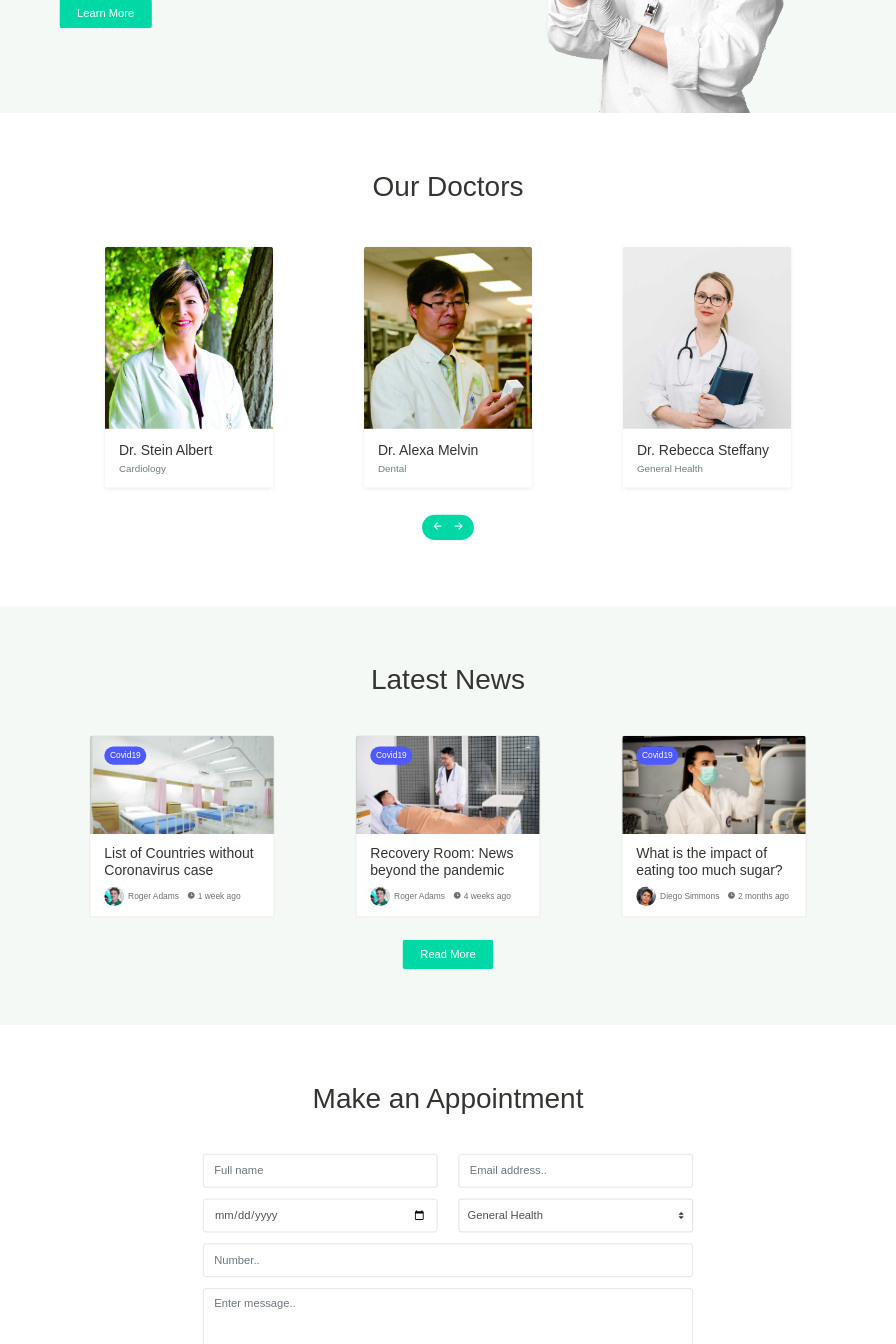
Repository: profbkmurage/myWeb
Page: html/index.html
The author's editor kept a copy of each file at every save. The page is drawn from the files as they stood at one save, then again after the next save.
The browser window is 1280 px wide. The pictures show the part of the page from y = 1168 to 3088 px (the page is 4153 px tall before and 3555 px after), at 70% of full size.

Above is the page before, as saved 2023-12-10 16:01:38.

### html/index.html
<!DOCTYPE html>
<html lang="en">
<head>
  <meta charset="UTF-8">
  <meta name="viewport" content="width=device-width, initial-scale=1.0">

  <meta http-equiv="X-UA-Compatible" content="ie=edge">

  <title>M&M Website</title>

  <link rel="stylesheet" href="../assets/css/maicons.css">

  <link rel="stylesheet" href="../assets/css/bootstrap.css">

  <link rel="stylesheet" href="../assets/vendor/owl-carousel/css/owl.carousel.css">

  <link rel="stylesheet" href="../assets/vendor/animate/animate.css">

  <link rel="stylesheet" href="../assets/css/theme.css">
</head>
<body>

  <!-- Back to top button -->
  <div class="back-to-top"></div>

  <header>
    <div class="topbar">
      <div class="container">
        <div class="row">
          <div class="col-sm-8 text-sm">
            <div class="site-info">
              <a href="tel:0745755893" ><span class="mai-call text-primary"></span> +254745755893</a>
              <span class="divider">|</span>
              <a href="#"><span class="mai-mail text-primary"></span> pnjoroge@gmail.com</a>
            </div>
          </div>
          <div class="col-sm-4 text-right text-sm">
            <div class="social-mini-button">
              <a href="#"><span class="mai-logo-facebook-f"></span></a>
              <a href="#"><span class="mai-logo-twitter"></span></a>
              <a href="#"><span class="mai-logo-dribbble"></span></a>
              <a href="#"><span class="mai-logo-instagram"></span></a>
            </div>
          </div>
        </div> <!-- .row -->
      </div> <!-- .container -->
    </div> <!-- .topbar -->

    <nav class="navbar navbar-expand-lg navbar-light shadow-sm">
      <div class="container">
        <a class="navbar-brand" href="#"><span class="text-primary">P And</span> Associates Media</a>

        <!-- <form action="#">
          <div class="input-group input-navbar">
            <div class="input-group-prepend">
              <span class="input-group-text" id="icon-addon1"><span class="mai-search"></span></span>
            </div>
            <input type="text" class="form-control" placeholder="Enter keyword.." aria-label="Username" aria-describedby="icon-addon1">
          </div>
        </form> -->

        <button class="navbar-toggler" type="button" data-toggle="collapse" data-target="#navbarSupport" aria-controls="navbarSupport" aria-expanded="false" aria-label="Toggle navigation">
          <span class="navbar-toggler-icon"></span>
        </button>

        <div class="collapse navbar-collapse" id="navbarSupport">
          <ul class="navbar-nav ml-auto">
            <li class="nav-item active">
              <a class="nav-link" href="index.html">Home</a>
            </li>
            <li class="nav-item">
              <a class="nav-link" href="about.html">About Us</a>
            </li>
            <li class="nav-item">
              <a class="nav-link" href="work.html">Our work</a>
            </li>
            <li class="nav-item">
              <a class="nav-link" href="blog.html">News</a>
            </li>
            <li class="nav-item">
              <a class="nav-link" href="contact.html">Contact</a>
            </li>
            <!-- <li class="nav-item">
              <a class="btn btn-primary ml-lg-3" href="#">Login / Register</a>
            </li> -->
          </ul>
        </div> <!-- .navbar-collapse -->
      </div> <!-- .container -->
    </nav>
  </header>

  <div class="page-hero bg-image overlay-dark" style="background-image: url(../assets/img/bg_image_1.jpg);">
    <div class="hero-section">
      <div class="container text-center wow zoomIn">
        <span class="subhead">Let's make your life colorful and simpler</span>
        <h1 class="display-4">Get your color</h1>
        <a href="./work.html" class="btn btn-primary">See our work</a>
      </div>
    </div>
  </div>


  <div class="bg-light">
    <div class="page-section py-3 mt-md-n5 custom-index">
      <div class="container">
        <div class="row justify-content-center">
          <div class="col-md-4 py-3 py-md-0">
            <div class="card-service wow fadeInUp">
              <div class="circle-shape bg-secondary text-white">
                <span class="mai-chatbubbles-outline"></span>
              </div>
              <p><span>Chat</span> with a designers</p>
            </div>
          </div>
          <div class="col-md-4 py-3 py-md-0">
            <div class="card-service wow fadeInUp">
              <div class="circle-shape bg-primary text-white">
                <span class="mai-shield-checkmark"></span>
              </div>
              <p><span>Make</span>-your orders now</p>
            </div>
          </div>
          <div class="col-md-4 py-3 py-md-0">
            <div class="card-service wow fadeInUp">
              <div class="circle-shape bg-accent text-white">
                <span class="mai-basket"></span>
              </div>
              <p><span>you ask</span>-we deliver</p>
            </div>
          </div>
        </div>
      </div>
    </div> <!-- .page-section -->

    <div class="page-section pb-0">
      <div class="container">
        <div class="row align-items-center">
          <div class="col-lg-6 py-3 wow fadeInUp">
            <h1>Welcome to Your graphics <br> Center</h1>
            <p class="text-grey mb-4">Here we are commited to bridge your graphics deficts for you as an individual, small companies, organizations and even big companies and business groups. you make your order and request we have a competent and great team of engineers to do the heavy lifting for you</p>
            <a href="about.html" class="btn btn-primary">Learn More</a>
          </div>
          <div class="col-lg-6 wow fadeInRight" data-wow-delay="400ms">
            <div class="img-place custom-img-1">
              <img src="../assets/img/bg-doctor.png" alt="">
            </div>
          </div>
        </div>
      </div>
    </div> <!-- .bg-light -->
  </div> <!-- .bg-light -->

  <div class="page-section">
    <div class="container">
      <h1 class="text-center mb-5 wow fadeInUp">Our Doctors</h1>

      <div class="owl-carousel wow fadeInUp" id="doctorSlideshow">
        <div class="item">
          <div class="card-doctor">
            <div class="header">
              <img src="../assets/img/doctors/doctor_1.jpg" alt="">
              <div class="meta">
                <a href="#"><span class="mai-call"></span></a>
                <a href="#"><span class="mai-logo-whatsapp"></span></a>
              </div>
            </div>
            <div class="body">
              <p class="text-xl mb-0">Dr. Stein Albert</p>
              <span class="text-sm text-grey">Cardiology</span>
            </div>
          </div>
        </div>
        <div class="item">
          <div class="card-doctor">
            <div class="header">
              <img src="../assets/img/doctors/doctor_2.jpg" alt="">
              <div class="meta">
                <a href="#"><span class="mai-call"></span></a>
                <a href="#"><span class="mai-logo-whatsapp"></span></a>
              </div>
            </div>
            <div class="body">
              <p class="text-xl mb-0">Dr. Alexa Melvin</p>
              <span class="text-sm text-grey">Dental</span>
            </div>
          </div>
        </div>
        <div class="item">
          <div class="card-doctor">
            <div class="header">
              <img src="../assets/img/doctors/doctor_3.jpg" alt="">
              <div class="meta">
                <a href="#"><span class="mai-call"></span></a>
                <a href="#"><span class="mai-logo-whatsapp"></span></a>
              </div>
            </div>
            <div class="body">
              <p class="text-xl mb-0">Dr. Rebecca Steffany</p>
              <span class="text-sm text-grey">General Health</span>
            </div>
          </div>
        </div>
        <div class="item">
          <div class="card-doctor">
            <div class="header">
              <img src="../assets/img/doctors/doctor_3.jpg" alt="">
              <div class="meta">
                <a href="#"><span class="mai-call"></span></a>
                <a href="#"><span class="mai-logo-whatsapp"></span></a>
              </div>
            </div>
            <div class="body">
              <p class="text-xl mb-0">Dr. Rebecca Steffany</p>
              <span class="text-sm text-grey">General Health</span>
            </div>
          </div>
        </div>
        <div class="item">
          <div class="card-doctor">
            <div class="header">
              <img src="../assets/img/doctors/doctor_3.jpg" alt="">
              <div class="meta">
                <a href="#"><span class="mai-call"></span></a>
                <a href="#"><span class="mai-logo-whatsapp"></span></a>
              </div>
            </div>
            <div class="body">
              <p class="text-xl mb-0">Dr. Rebecca Steffany</p>
              <span class="text-sm text-grey">General Health</span>
            </div>
          </div>
        </div>
      </div>
    </div>
  </div>

  <div class="page-section bg-light">
    <div class="container">
      <h1 class="text-center wow fadeInUp">Latest News</h1>
      <div class="row mt-5">
        <div class="col-lg-4 py-2 wow zoomIn">
          <div class="card-blog">
            <div class="header">
              <div class="post-category">
                <a href="#">Covid19</a>
              </div>
              <a href="blog-details.html" class="post-thumb">
                <img src="../assets/img/blog/blog_1.jpg" alt="">
              </a>
            </div>
            <div class="body">
              <h5 class="post-title"><a href="blog-details.html">List of Countries without Coronavirus case</a></h5>
              <div class="site-info">
                <div class="avatar mr-2">
                  <div class="avatar-img">
                    <img src="../assets/img/person/person_1.jpg" alt="">
                  </div>
                  <span>Roger Adams</span>
                </div>
                <span class="mai-time"></span> 1 week ago
              </div>
            </div>
          </div>
        </div>
        <div class="col-lg-4 py-2 wow zoomIn">
          <div class="card-blog">
            <div class="header">
              <div class="post-category">
                <a href="#">Covid19</a>
              </div>
              <a href="blog-details.html" class="post-thumb">
                <img src="../assets/img/blog/blog_2.jpg" alt="">
              </a>
            </div>
            <div class="body">
              <h5 class="post-title"><a href="blog-details.html">Recovery Room: News beyond the pandemic</a></h5>
              <div class="site-info">
                <div class="avatar mr-2">
                  <div class="avatar-img">
                    <img src="../assets/img/person/person_1.jpg" alt="">
                  </div>
                  <span>Roger Adams</span>
                </div>
                <span class="mai-time"></span> 4 weeks ago
              </div>
            </div>
          </div>
        </div>
        <div class="col-lg-4 py-2 wow zoomIn">
          <div class="card-blog">
            <div class="header">
              <div class="post-category">
                <a href="#">Covid19</a>
              </div>
              <a href="blog-details.html" class="post-thumb">
                <img src="../assets/img/blog/blog_3.jpg" alt="">
              </a>
            </div>
            <div class="body">
              <h5 class="post-title"><a href="blog-details.html">What is the impact of eating too much sugar?</a></h5>
              <div class="site-info">
                <div class="avatar mr-2">
                  <div class="avatar-img">
                    <img src="../assets/img/person/person_2.jpg" alt="">
                  </div>
                  <span>Diego Simmons</span>
                </div>
                <span class="mai-time"></span> 2 months ago
              </div>
            </div>
          </div>
        </div>

        <div class="col-12 text-center mt-4 wow zoomIn">
          <a href="blog.html" class="btn btn-primary">Read More</a>
        </div>

      </div>
    </div>
  </div> <!-- .page-section -->

  <div class="page-section">
    <div class="container">
      <h1 class="text-center wow fadeInUp">Make an Appointment</h1>

      <form class="main-form">
        <div class="row mt-5 ">
          <div class="col-12 col-sm-6 py-2 wow fadeInLeft">
            <input type="text" class="form-control" placeholder="Full name">
          </div>
          <div class="col-12 col-sm-6 py-2 wow fadeInRight">
            <input type="text" class="form-control" placeholder="Email address..">
          </div>
          <div class="col-12 col-sm-6 py-2 wow fadeInLeft" data-wow-delay="300ms">
            <input type="date" class="form-control">
          </div>
          <div class="col-12 col-sm-6 py-2 wow fadeInRight" data-wow-delay="300ms">
            <select name="departement" id="departement" class="custom-select">
              <option value="general">General Health</option>
              <option value="cardiology">Cardiology</option>
              <option value="dental">Dental</option>
              <option value="neurology">Neurology</option>
              <option value="orthopaedics">Orthopaedics</option>
            </select>
          </div>
          <div class="col-12 py-2 wow fadeInUp" data-wow-delay="300ms">
            <input type="text" class="form-control" placeholder="Number..">
          </div>
          <div class="col-12 py-2 wow fadeInUp" data-wow-delay="300ms">
            <textarea name="message" id="message" class="form-control" rows="6" placeholder="Enter message.."></textarea>
          </div>
        </div>

        <button type="submit" class="btn btn-primary mt-3 wow zoomIn">Submit Request</button>
      </form>
    </div>
  </div> <!-- .page-section -->

  <div class="page-section banner-home bg-image" style="background-image: url(../assets/img/banner-pattern.svg);">
    <div class="container py-5 py-lg-0">
      <div class="row align-items-center">
        <div class="col-lg-4 wow zoomIn">
          <div class="img-banner d-none d-lg-block">
            <img src="../assets/img/mobile_app.png" alt="">
          </div>
        </div>
        <div class="col-lg-8 wow fadeInRight">
          <h1 class="font-weight-normal mb-3">Get easy access of all features using One Health Application</h1>
          <a href="#"><img src="../assets/img/google_play.svg" alt=""></a>
          <a href="#" class="ml-2"><img src="../assets/img/app_store.svg" alt=""></a>
        </div>
      </div>
    </div>
  </div> <!-- .banner-home -->

  <footer class="page-footer">
    <div class="container">
      <div class="row px-md-3">
        <div class="col-sm-6 col-lg-3 py-3">
          <h5>Company</h5>
          <ul class="footer-menu">
            <li><a href="#">About Us</a></li>
            <li><a href="#">Career</a></li>
            <li><a href="#">Editorial Team</a></li>
            <li><a href="#">Protection</a></li>
          </ul>
        </div>
        <div class="col-sm-6 col-lg-3 py-3">
          <h5>More</h5>
          <ul class="footer-menu">
            <li><a href="#">Terms & Condition</a></li>
            <li><a href="#">Privacy</a></li>
            <li><a href="#">Advertise</a></li>
            <li><a href="#">Join as Doctors</a></li>
          </ul>
        </div>
        <div class="col-sm-6 col-lg-3 py-3">
          <h5>Our partner</h5>
          <ul class="footer-menu">
            <li><a href="#">One-Fitness</a></li>
            <li><a href="#">One-Drugs</a></li>
            <li><a href="#">One-Live</a></li>
          </ul>
        </div>
        <div class="col-sm-6 col-lg-3 py-3">
          <h5>Contact</h5>
          <p class="footer-link mt-2">351 Willow Street Franklin, MA 02038</p>
          <a href="#" class="footer-link">701-573-7582</a>
          <a href="#" class="footer-link">healthcare@temporary.net</a>

          <h5 class="mt-3">Social Media</h5>
          <div class="footer-sosmed mt-3">
            <a href="#" target="_blank"><span class="mai-logo-facebook-f"></span></a>
            <a href="#" target="_blank"><span class="mai-logo-twitter"></span></a>
            <a href="#" target="_blank"><span class="mai-logo-google-plus-g"></span></a>
            <a href="#" target="_blank"><span class="mai-logo-instagram"></span></a>
            <a href="#" target="_blank"><span class="mai-logo-linkedin"></span></a>
          </div>
        </div>
      </div>

      <hr>

      <p id="copyright">Copyright &copy; 2020 <a href="https://macodeid.com/" target="_blank">MACode ID</a>. All right reserved</p>
    </div>
  </footer>

<script src="../assets/js/jquery-3.5.1.min.js"></script>

<script src="../assets/js/bootstrap.bundle.min.js"></script>

<script src="../assets/vendor/owl-carousel/js/owl.carousel.min.js"></script>

<script src="../assets/vendor/wow/wow.min.js"></script>

<script src="../assets/js/theme.js"></script>

</body>
</html>

Loaded but not shown: assets/css/bootstrap.css (library); assets/vendor/owl-carousel/css/owl.carousel.css (library); assets/vendor/animate/animate.css (library); assets/js/jquery-3.5.1.min.js (library); assets/js/bootstrap.bundle.min.js (library); assets/vendor/owl-carousel/js/owl.carousel.min.js (library); assets/vendor/wow/wow.min.js (library); assets/js/theme.js (65 lines, source omitted); assets/css/maicons.css (2634 lines, source omitted); assets/css/theme.css (1836 lines, source omitted)

After the next save:
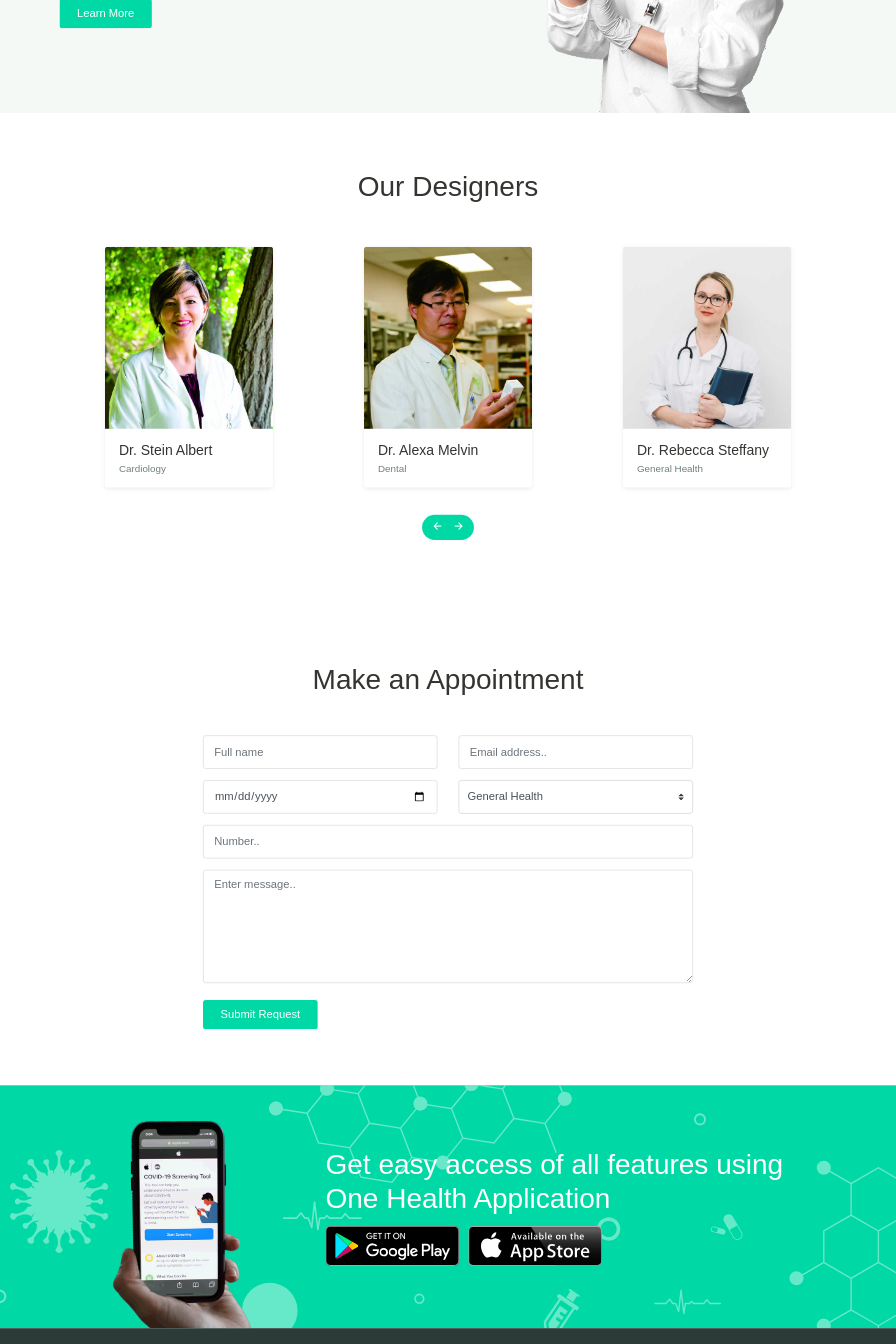
Saved 90 s later.
--- a/html/index.html
+++ b/html/index.html
@@ -152,7 +152,7 @@
 
   <div class="page-section">
     <div class="container">
-      <h1 class="text-center mb-5 wow fadeInUp">Our Doctors</h1>
+      <h1 class="text-center mb-5 wow fadeInUp">Our Designers</h1>
 
       <div class="owl-carousel wow fadeInUp" id="doctorSlideshow">
         <div class="item">
@@ -234,7 +234,7 @@
     </div>
   </div>
 
-  <div class="page-section bg-light">
+  <!-- <div class="page-section bg-light">
     <div class="container">
       <h1 class="text-center wow fadeInUp">Latest News</h1>
       <div class="row mt-5">
@@ -317,7 +317,7 @@
 
       </div>
     </div>
-  </div> <!-- .page-section -->
+  </div> .page-section -->
 
   <div class="page-section">
     <div class="container">
